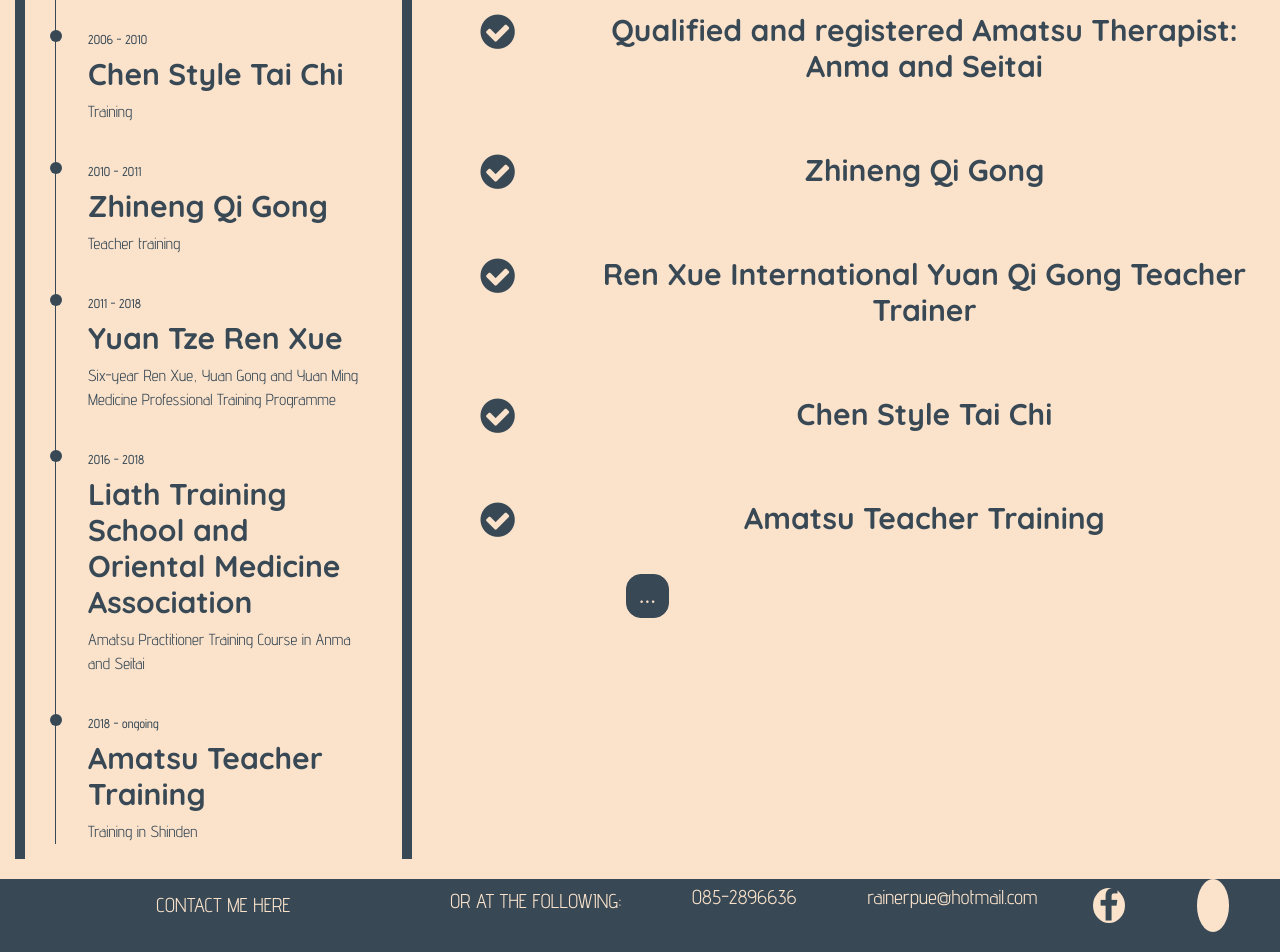
Repository: rainerpue/practitioner_website
Page: about.html
The author's editor kept a record of every edit. The page is drawn from the files as they stood at one moment, then again after the next edit.
The browser window is 1280 px wide. The pictures show the part of the page from y = 937 to 1889 px (the page is 1889 px tall).
Some web libraries are served in a nearby version.

Above is the page before.

### about.html
<!DOCTYPE html>
<html lang="en">

<head>
    <meta charset="UTF-8">
    <meta name="viewport" content="width=device-width, initial-scale=1.0">
    <meta http-equiv="X-UA-Compatible" content="ie=edge">
    <meta name="description" content="Home page | Rainer Puehringer, Find your Energy flow">
    <meta name="keywords" content="qigong, amatsu, therapy, energy flow, body balance, harmony, Japanese therapy, yuan gong, ireland">
    <meta name="author" content="Rainer Puehringer">
    <!-- style links -->
    <link rel="stylesheet" href="https://stackpath.bootstrapcdn.com/bootstrap/4.3.1/css/bootstrap.min.css" type="text/css" />
    <link rel="stylesheet" href="https://stackpath.bootstrapcdn.com/font-awesome/4.7.0/css/font-awesome.min.css" type="text/css" />

    <!-- link to my css file comes after to make sure it render over bootstrap style -->
    <link rel="stylesheet" href="assets/css/style.css" type="text/css" />

    <title>Rainer Puehringer, Find your Energy flow with Yuan Qigong and Amatsu</title>

</head>

<body>
    <!-- navbar and logo -->
    <!-- blue background will only show on bigger screens, set to transparent for mobile device -->
    <nav class="navbar navbar-expand-md fixed-top navbar-light nav-coral">
        <!-- logo -->
        <a href="index.html" class="navbar-brand logo">
            <img src="assets/images/logo.jpg" width="150" height="100" alt="logo">
        </a>
        <!-- button for smaller devices -->
        <button class="navbar-toggler" type="button" data-toggle="collapse" data-target="#burger" aria-controls="burger" aria-expanded="false" aria-label="Toggle navigation">
    <span class="fa fa-bars"></span>
  </button>
        <!-- navigation items which drop down vertically from burger icon in smaller devices -->
        <div class="collapse navbar-collapse" id="burger">
            <ul class="navbar-nav mr-auto text-uppercase">
                <li class="nav-item">
                    <a class="nav-link" href="index.html">Home</a>
                </li>
                <li class="nav-item">
                    <a class="nav-link" href="about.html">Meet Rainer</a>
                </li>
                <li class="nav-item">
                    <a class="nav-link" href="qigong.html">Yuan Qigong - Harmony</a>
                </li>
                <li class="nav-item">
                    <a class="nav-link" href="amatsu.html">Amatsu - Japanese Therapy</a>
                </li>
                <li class="nav-item">
                    <a class="nav-link" href="contact.html">Contact</a>
                </li>
            </ul>
        </div>
    </nav>

    <!-- end navbar -->


    <!-- image banner -->
    <main>
        <div class="container-fluid">
            <div class="row">
                <div class="col-12 banner-image about-img">
                </div>
            </div>
        </div>

        <!-- Rainer's intro -->
        <section class="container-fluid bg-grey intro-section">
            <div class="row">
                <div class="col-12 text-center">
                    <h3 class="text-uppercase">RAINER PUEHRINGER</h3>
                </div>
            </div>
            <div class="row section-details">
                <div class="col-12 col-md-4 text-center">
                    <img class="sm-img" src="assets/images/Rainer.jpeg" width="100%" height="auto" alt="Rainer Puehringer">
                </div>
                <div class="col-12 col-md-8 main-content text-center">
                    <p class="text-justify">Born in Austria surrounded by nature and loving the beauty of it made me travel some parts of the world to discover other places and its natural flow of Energy. Now having a better understanding of how important it is to keep the body,
                        mind and soul in balance makes me very passionate to keep my Energy flow steadily improving and balanced.</p>
                    <p class="text-justify">Amatsu does that in a very gentle way to restore your natural flow of energy in your body. Yuan Gong is there to maintain it trough your own practice to keep healthy, relaxed and joyful.</p>
                    <p class="text-justify">I am also a Holistic Chef and passionate organic gardener so I can give precious advice if you want to start your journey towards a more natural way of living.</p>
                    <p class="text-justify">You can find out more about the training schools where I received my qualifications <span><a href="https://www.liath.ie" class="links">www.liath.ie</a></span> and <span><a href="https://www.renxueinternational.org" class="links">www.renxueinternational.org</a></span>
                    </p>
                </div>
            </div>
            <div class="container-fluid">
                <div class="row text-center">
                    <div class="col-12">
                        <a class="btn btn--gal btn--coral" href="contact.html">Book a session</a>
                    </div>
                </div>
            </div>
        </section>

        <!-- timeline -->

        <section class="container-fluid">
            <div class="row bg-coral">
                <div class="col-md-6 col-lg-4 timeline">
                    <div class="row">
                        <div class="col-12">
                            <h3 class="text-uppercase text-center">Personal growth</h3>
                        </div>
                    </div>
                    <div class="history-items">
                        <div class="timeline-item" data-dates="2006 - 2010">
                            <h4>Chen Style Tai Chi</h4>
                            <p>Training</p>
                        </div>
                        <div class="timeline-item" data-dates="2010 - 2011">
                            <h4>Zhineng Qi Gong</h4>
                            <p>Teacher training</p>
                        </div>
                        <div class="timeline-item" data-dates="2011 - 2018">
                            <h4>Yuan Tze Ren Xue</h4>
                            <p>Six-year Ren Xue, Yuan Gong and Yuan Ming Medicine Professional Training Programme</p>
                        </div>
                        <div class="timeline-item" data-dates="2016 - 2018">
                            <h4>Liath Training School and Oriental Medicine Association</h4>
                            <p>Amatsu Practitioner Training Course in Anma and Seitai</p>
                        </div>
                        <div class="timeline-item" data-dates="2018 - ongoing">
                            <h4>Amatsu Teacher Training</h4>
                            <p>Training in Shinden</p>
                        </div>
                    </div>
                </div>

                <!-- small divider only for mobile device to divide the two columns of the same section -->

                <hr class="section-divider-short">

                <!-- qualifications check -->

                <div class="col-md-6 col-lg-8 text-center">
                    <div class="row">
                        <div class="col-12">
                            <h3 class="text-uppercase text-center">My credentials</h3>
                        </div>
                    </div>
                    <div class="row list-row">
                        <div class="col-2">
                            <i class="fa fa-check-circle"></i>
                        </div>
                        <div class="col-10">
                            <h4>Qualified and registered Amatsu Therapist: Anma and Seitai</h4>
                        </div>
                    </div>
                    <div class="row list-row">
                        <div class="col-2">
                            <i class="fa fa-check-circle"></i>
                        </div>
                        <div class="col-10">
                            <h4>Zhineng Qi Gong</h4>
                        </div>
                    </div>
                    <div class="row list-row">
                        <div class="col-2">
                            <i class="fa fa-check-circle"></i>
                        </div>
                        <div class="col-10">
                            <h4>Ren Xue International Yuan Qi Gong Teacher Trainer</h4>
                        </div>
                    </div>
                    <div class="row list-row">
                        <div class="col-2">
                            <i class="fa fa-check-circle"></i>
                        </div>
                        <div class="col-10">
                            <h4>Chen Style Tai Chi</h4>
                        </div>
                    </div>
                    <div class="row list-row">
                        <div class="col-2">
                            <i class="fa fa-check-circle"></i>
                        </div>
                        <div class="col-10">
                            <h4>Amatsu Teacher Training</h4>
                        </div>
                    </div>


                    <div class="row text-center">
                        <div class="col-6">
                            <a class="btn btn--gal btn--grey" href="#">...</a>
                        </div>
                    </div>
                </div>
            </div>
        </section>
    </main>
    <!-- footer -->

    <footer>
        <div class="container-fluid bg-grey">
            <div class="row footer-row">
                <div class="col-12 col-md-4 footer-contact">
                    <a class="btn btn--gal btn--grey text-uppercase" href="contact.html">Contact Me Here</a>
                </div>
                <div class="col-12 col-md-2 footer-contact">
                    <h5 class="text-uppercase">or at the following:</h5>
                </div>
                <div class="col-12 col-md-2 footer-contact">
                    <p>085-2896636</p>
                </div>
                <div class="col-12 col-md-2 footer-contact">
                    <p>rainerpue@hotmail.com</p>
                </div>
                <div class="col-12 col-md-1 footer-contact">
                    <a class="socialmedia" href="https://www.facebook.com/YuanGongandAmatsuwithRainer/" target="_blank">
                    <i class="fa fa-facebook"></i>
                    <span class="sr-only">Facebook</span>
                    </a>
                </div>
                <div class="col-12 col-md-1 footer-contact">
                    <a class="socialmedia" href="https://www.linkedin.com/in/rainer-puehringer-63157248/" target="_blank">
                    <i class="fab fa-linkedin"></i>
                    <span class="sr-only">Linkedin</span>
                    </a>
                </div>
            </div>
        </div>
    </footer>

    <script src="https://code.jquery.com/jquery-3.2.1.slim.min.js " integrity="sha384-KJ3o2DKtIkvYIK3UENzmM7KCkRr/rE9/Qpg6aAZGJwFDMVNA/GpGFF93hXpG5KkN " crossorigin="anonymous "></script>
    <script src="https://cdnjs.cloudflare.com/ajax/libs/popper.js/1.12.9/umd/popper.min.js " integrity="sha384-ApNbgh9B+Y1QKtv3Rn7W3mgPxhU9K/ScQsAP7hUibX39j7fakFPskvXusvfa0b4Q " crossorigin="anonymous "></script>
    <script src="https://maxcdn.bootstrapcdn.com/bootstrap/4.0.0/js/bootstrap.min.js " integrity="sha384-JZR6Spejh4U02d8jOt6vLEHfe/JQGiRRSQQxSfFWpi1MquVdAyjUar5+76PVCmYl " crossorigin="anonymous "></script>
</body>

</html>

Loaded but not shown: assets/css/style.css (678 lines, source omitted)

After the next edit:
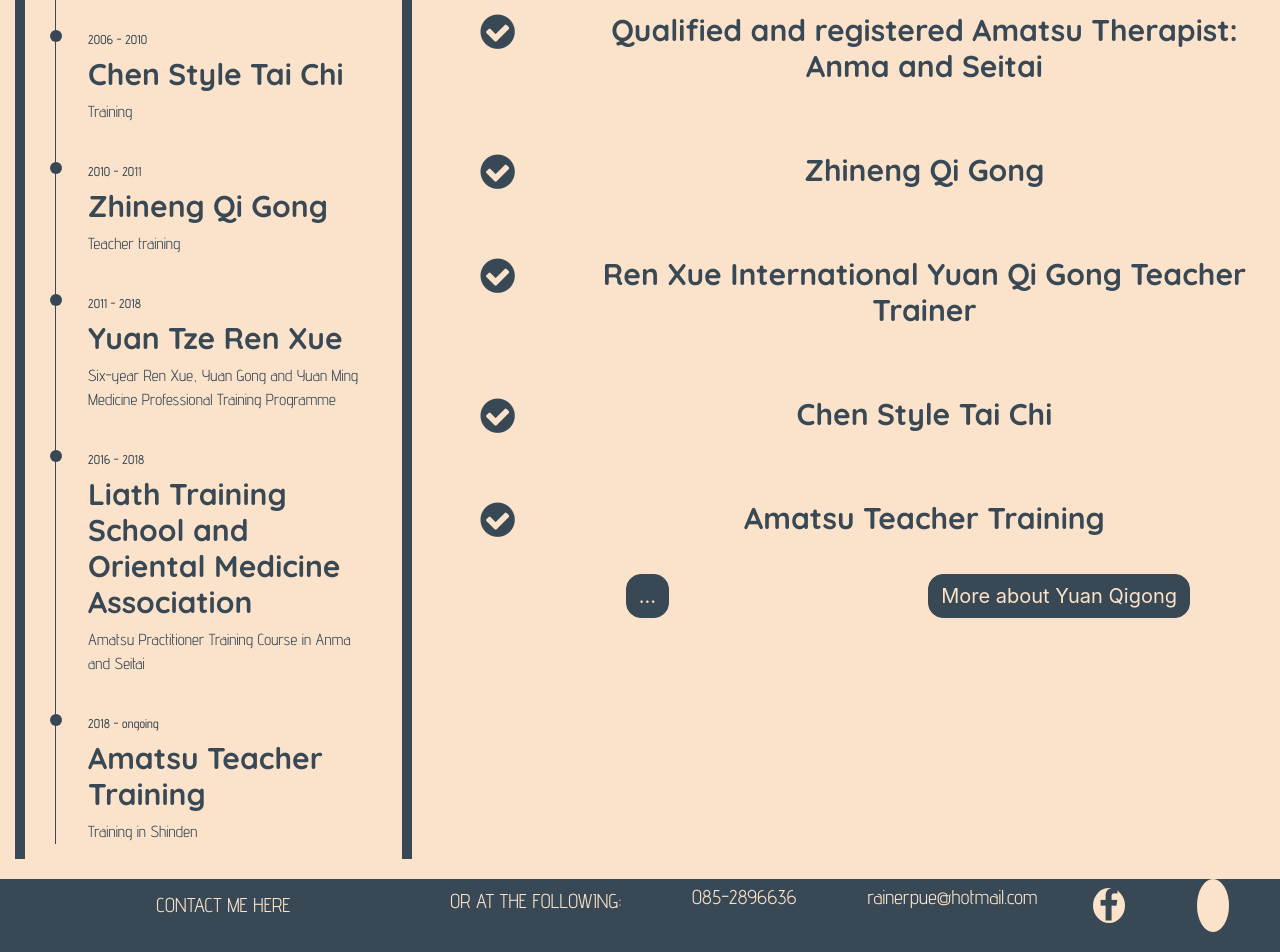
The edit:
--- a/about.html
+++ b/about.html
@@ -186,6 +186,9 @@
                         <div class="col-6">
                             <a class="btn btn--gal btn--grey" href="#">...</a>
                         </div>
+                        <div class="col-6">
+                        <a class="btn btn--gal btn--grey" href="qigong.html">More about Yuan Qigong</a>
+                        </div>
                     </div>
                 </div>
             </div>
